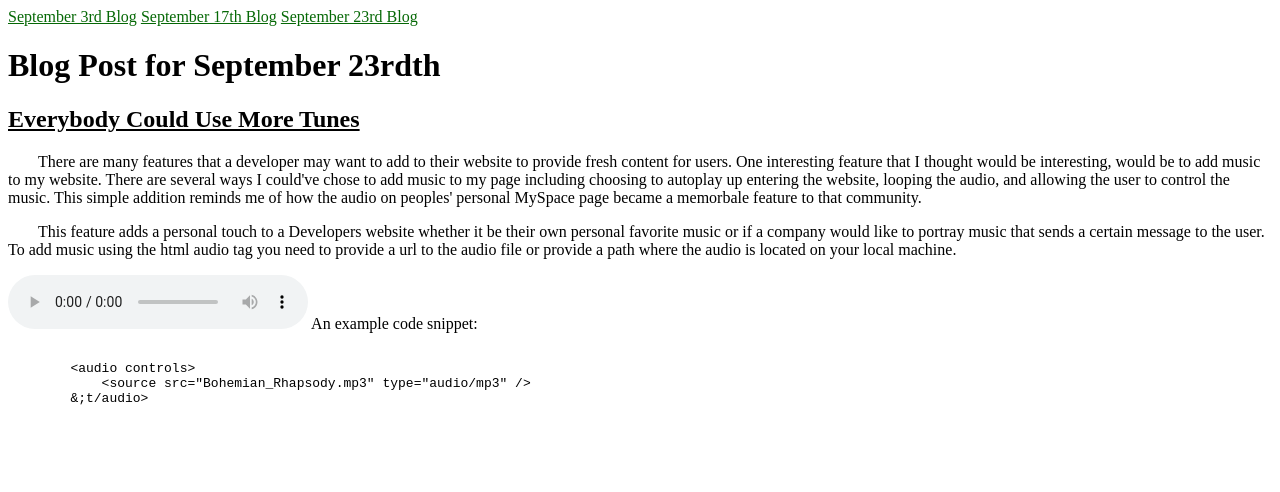
Repository: alharama/WebBlog
Page: Sept_23.html
An editor plug-in stored every save of this project. The page is shown before and after the next save, followed by the edit.
The browser window is 1280 px wide. The pictures show the whole page.

Above is the page before, as saved 2021-09-23 23:37:28.

After the next save:
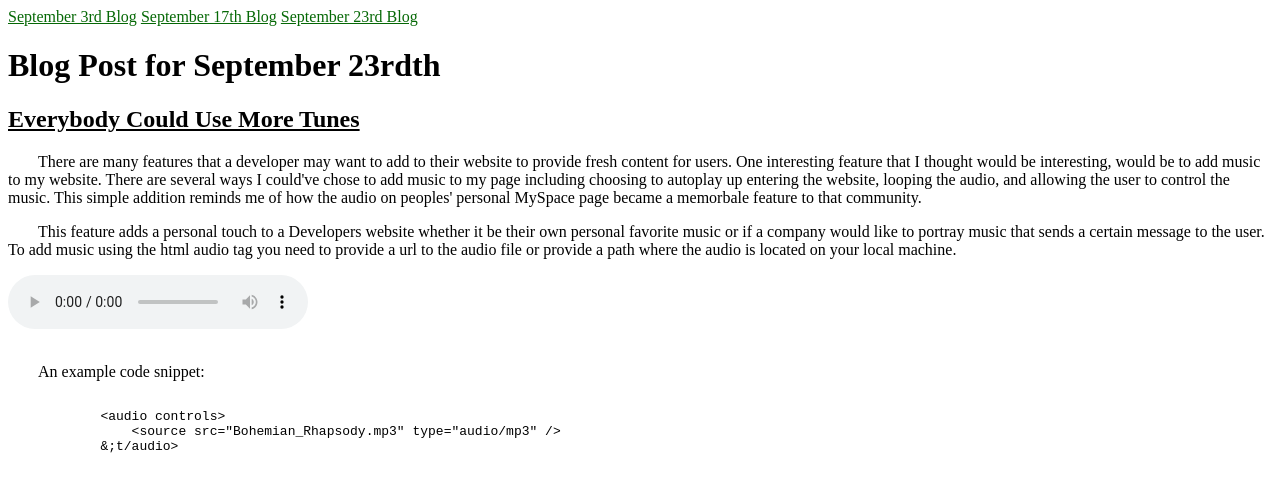
Saved 59 s later.
--- a/Sept_23.html
+++ b/Sept_23.html
@@ -30,6 +30,10 @@
 
         body {
 
+        }
+
+        #example {
+            padding: 30px;
         }
 
 
@@ -65,6 +69,8 @@
     </audio>
 
 
+    <div id = "example">
+
     An example code snippet:
 
     <pre>
@@ -74,6 +80,8 @@
         &;t/audio>
     </pre>
 
+    </div>
+
 
 
 </body>
